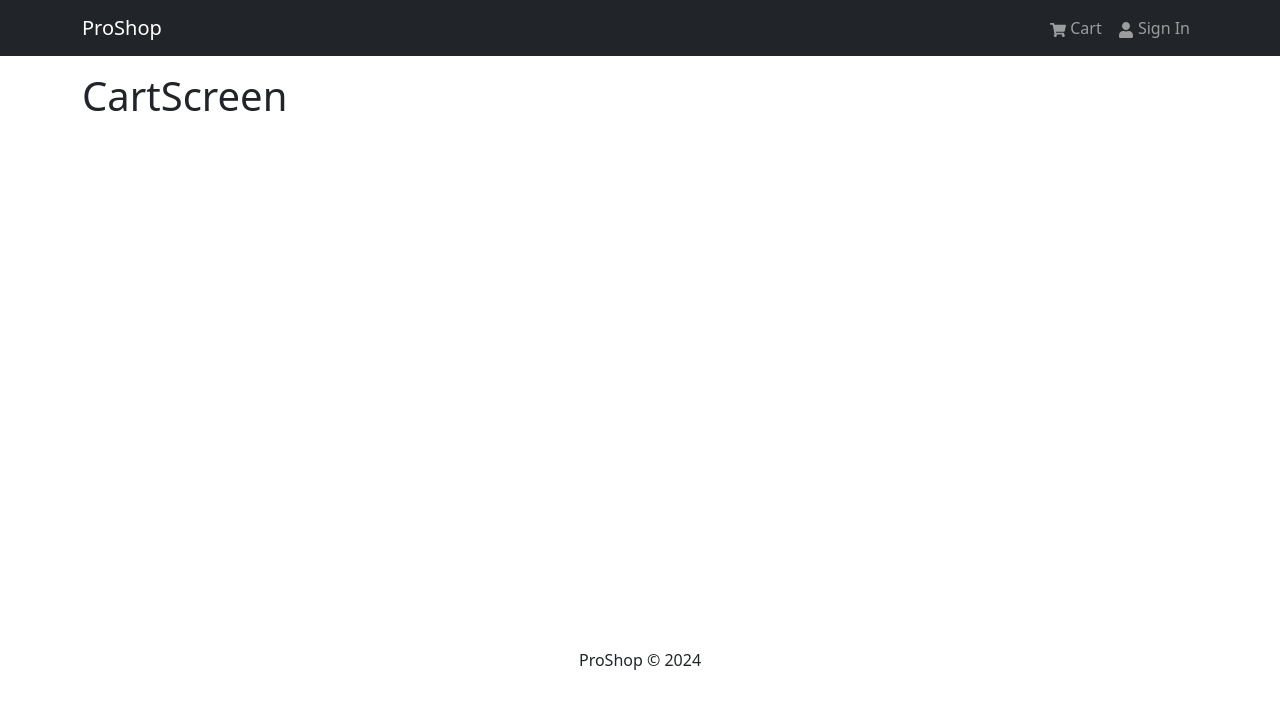
Repository: Lithium87/ProShop-v2
Page: /cart (app in frontend/)
The author's editor kept a copy of each file at every save. The page is drawn from the files as they stood at one save, then again after the next save.
The browser window is 1280 px wide. The pictures show the whole page.
The project was rebuilt for these pictures with package versions that can differ from the ones it lists, and the page was loaded fresh each time. Also part of the build but not shown: frontend/src/components/Rating.js, frontend/src/components/Product.js, frontend/src/components/Loader.js, frontend/src/slices/productsApiSlice.js, frontend/src/screens/HomeScreen.js, frontend/src/screens/ProductScreen.js.

Above is the page before, as saved 2025-01-24 19:44:08.

After the next save:
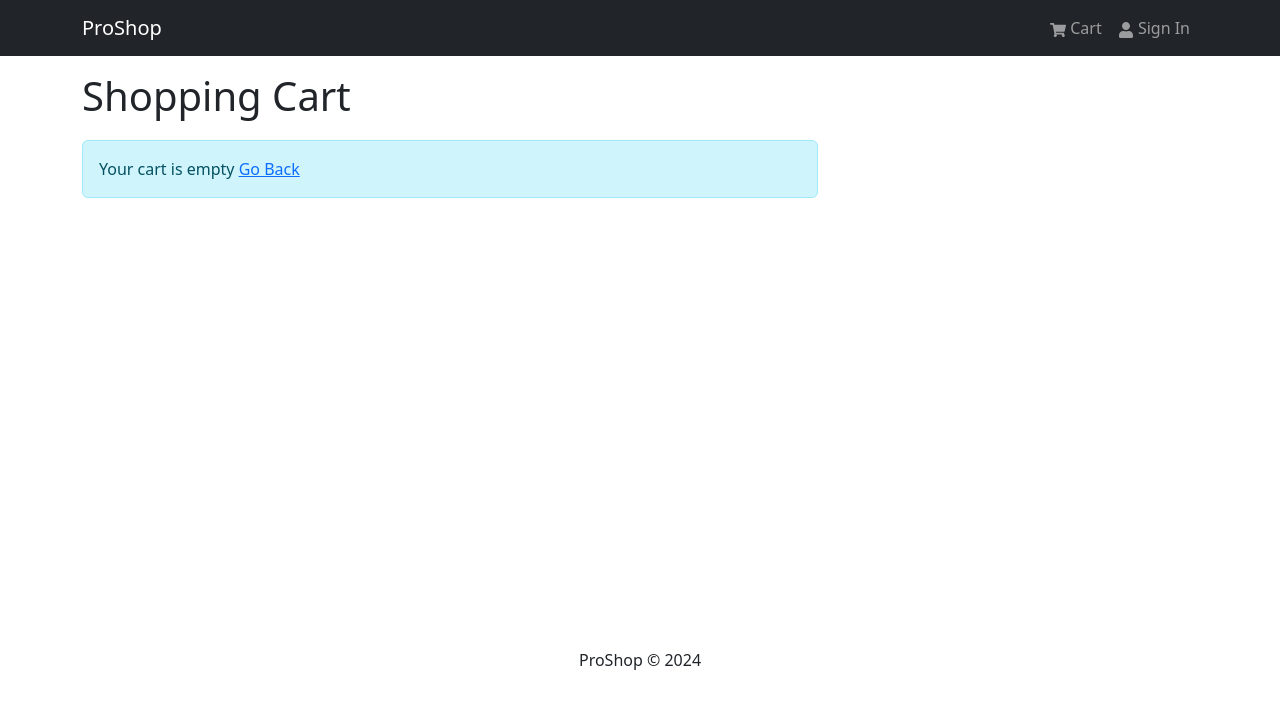
Saved 8 min 54 s later.
--- a/frontend/src/screens/CartScreen.js
+++ b/frontend/src/screens/CartScreen.js
@@ -10,10 +10,59 @@
 
   const dispatch = useDispatch ();
 
+  const cart = useSelector (state => state.cart);
+  const {cartItems} = cart;
+
   return (
-    <div>
-      <h1>CartScreen</h1>
-    </div>
+    <Row>
+      <Col md={8}>
+        <h1 style={{marginBottom: '20px'}}>Shopping Cart</h1>
+        {cartItems.length === 0
+          ? <Message>
+              Your cart is empty <Link to="/">Go Back</Link>
+            </Message>
+          : <ListGroup variant="flush">
+              {cartItems.map (item => (
+                <ListGroup.Item key={item.product}>
+                  <Row>
+                    <Col md={2}>
+                      <Image src={item.image} alt={item.name} fluid rounded />
+                    </Col>
+                    <Col md={3}>
+                      <Link to={`/product/${item.product}`}>{item.name}</Link>
+                    </Col>
+                    <Col md={2}>${item.price}</Col>
+                    <Col md={2}>
+                      <Form.Control
+                        as="select"
+                        value={item.qty}
+                        onChange={e =>
+                          dispatch (
+                            addToCart (item.product, Number (e.target.value))
+                          )}
+                      >
+                        {[...Array (item.countInStock).keys ()].map (x => (
+                          <option key={x + 1} value={x + 1}>
+                            {x + 1}
+                          </option>
+                        ))}
+                      </Form.Control>
+                    </Col>
+                    <Col md={2}>
+                      <Button
+                        type="button"
+                        variant="light"
+                        onClick={() => removeFromCartHandler (item.product)}
+                      >
+                        <FaTrash />
+                      </Button>
+                    </Col>
+                  </Row>
+                </ListGroup.Item>
+              ))}
+            </ListGroup>}
+      </Col>
+    </Row>
   );
 };
 
